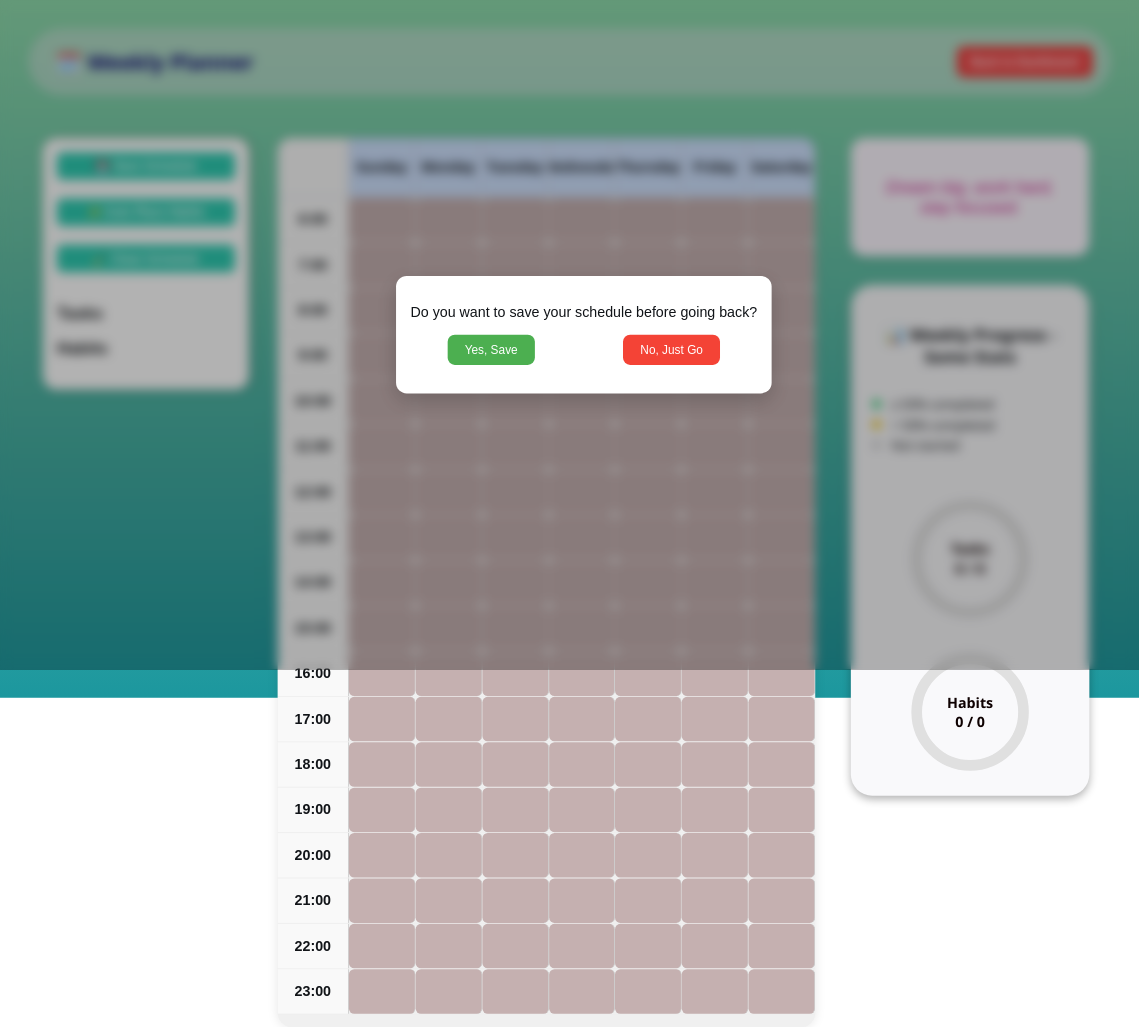
Repository: RachelB9913/smart-task-and-habit-tracker
Page: /schedule, after clicking the first element matching `button.logout-button`
These files come from the project's save history. The page is drawn as it stood at one moment and after the next save; the edit follows.
The browser window is 1280 px wide. The pictures show the whole page, at 89% of full size.
The project was rebuilt for these pictures with package versions that can differ from the ones it lists, and the page was loaded fresh each time. Also part of the build but not shown: src/components/PageWrapper.js, src/components/welcome.js, src/services/api.js, src/components/Login.js, src/components/Register.js, src/components/DashBoard.js.

Above is the page before, as saved 2025-06-29 20:58:37.

### src/App.js
import { BrowserRouter as Router, Routes, Route } from 'react-router-dom';
import Welcome from './components/welcome';
import Login from './components/Login';
import Register from './components/Register';
import Dashboard from './components/DashBoard';
import SchedulePlanner from './components/SchedulePlanner';


function App() {
  return (
    <Router>
      <Routes>
        <Route path="/" element={<Welcome />} />
        <Route path="/login" element={<Login />} />
        <Route path="/register" element={<Register />} />
        <Route path="/dashboard" element={<Dashboard />} />
        <Route path="/schedule" element={<SchedulePlanner />} />
      </Routes>
    </Router>
  );
}

export default App;

### src/App.css
html, body, #root {
  height: 100%;
  margin: 0;
  padding: 0;
  box-sizing: border-box;
}

form input {
  width: 100%;
  padding: 0.75rem;
  margin-bottom: 1rem;
  border: 1px solid #ddd;
  border-radius: 0.5rem;
  font-size: 1rem;
  transition: border-color 0.2s;
}

form input:focus {
  border-color: #6366f1; /* Indigo */
  outline: none;
}

form button,
.form-container button {
  width: 100%;
  padding: 0.75rem;
  font-size: 1rem;
  color: white;
  background-color: #6d6ed0; /* Indigo */
  border: none;
  border-radius: 0.5rem;
  cursor: pointer;
  transition: background-color 0.2s;
}

form button:hover,
.form-container button:hover {
  background-color: #4f46e5; /* Darker Indigo */
}

.form-container {
  max-width: 400px;
  margin: 100px auto;
  padding: 2rem;
  background-color: white;
  border-radius: 1rem;
  box-shadow: 0 8px 20px rgba(0, 0, 0, 0.1);
  text-align: center;
}

h2 {
  margin-bottom: 1.5rem;
  color: #130e77;
  font-size: 2rem;
  font-weight: 500;

}

.welcome-root {
  font-family: 'Manrope', 'Noto Sans', sans-serif;
  background: linear-gradient(to bottom, hsl(143, 51%, 71%), #1c979e);
  color: #111418;
  min-height: 100vh;
  display: flex;
  flex-direction: column;
}

.welcome-header {
  display: flex;
  justify-content: space-between;
  align-items: center;
  padding: 0rem 2rem;
  border-bottom: 1px solid #030f21;
  background-color: rgb(255, 255, 255);
}

.logo-area {
  display: flex;
  align-items: center;
  gap: 0.5rem;
}

.nav-links, .nav-actions {
  display: flex;
  gap: 1rem;
  align-items: center;
}

.nav-links a, .footer a {
  text-decoration: none;
  font-weight: 500;
  color: #111418;
}

.nav-actions button {
  padding: 0.5rem 1rem;
  border-radius: 8px;
  border: none;
  font-weight: bold;
  cursor: pointer;
}

/* top buttons */
.nav-actions button:first-child {
  background: #0c7ff2;
  color: white;
}

.nav-actions button:first-child:hover {
  background: #0361bf; /* new hover color */
  color: #e3e3e3;      /* optional: change text color on hover */
}

.nav-actions button:last-child {
  background: #f0f2f5;
  color: #111418;
}

.nav-actions button:last-child:hover {
  background: #b5b8bd; /* new hover color */
  color: #0c7ff2;      /* optional: change text color on hover */
}

.welcome-hero {
  background: transparent;
  padding: 3rem 2rem;
  text-align: center;
  color: rgb(1, 0, 9);
}

.welcome-hero h1 {
  font-size: 2.5rem;
  font-weight: 800;
}

.hero-actions {
  margin-top: 2rem;
  display: flex;
  justify-content: center;
  gap: 1rem;
}

.hero-actions button {
  padding: 0.75rem 1.5rem;
  font-weight: bold;
  border-radius: 8px;
  border: none;
  cursor: pointer;
}

/* center buttons */
.hero-actions button:first-child {
  background-color: #0c7ff2;
  color: white;
}

.hero-actions button:first-child:hover {
  background-color: #0c7ff2;
  color: white;
  border: #0d1101 1px solid;
}

.hero-actions button:last-child {
  background-color: #f0f2f5;
  color: #111418;
}

.hero-actions button:last-child:hover {
  background-color: #f0f2f5;
  color: #111418;
  border: #0d1101 1px solid;
}

.features {
  padding: 3rem 2rem;
  text-align: center;
}

.feature-cards {
  display: flex;
  gap: 1rem;
  flex-wrap: wrap;
  justify-content: center;
  margin-top: 2rem;
}

.feature-card {
  background: white;
  padding: 1.5rem;
  border-radius: 12px;
  border: 1px solid #052246;
  max-width: 300px;
  text-align: left;
  text-align: center;
  box-shadow: 0 4px 10px rgba(0, 0, 0, 0.5);

}

.footer {
  text-align: center;
  padding: 2rem;
  font-size: 1.1rem;
  color: #0d1101;
}

.register-background {
  background: linear-gradient(to left top, hsl(143, 51%, 71%), #1c979e);
  min-height: 100vh;
  display: flex;
  align-items: center;
  justify-content: center;
}

.login-background {
  background: linear-gradient(to right bottom, hsl(143, 51%, 71%), #1c979e);
  min-height: 100vh;
  display: flex;
  align-items: center;
  justify-content: center;
}

### src/components/Auth.css
.auth-container {
  max-width: 400px;
  margin: 60px auto;
  padding: 2rem;
  background-color: #f8f9fa;
  border-radius: 12px;
  box-shadow: 0 2px 10px rgba(0, 0, 0, 0.1);
}

.auth-form {
  display: flex;
  flex-direction: column;
  gap: 1rem;
}

.auth-form input {
  padding: 0.75rem;
  border-radius: 8px;
  border: 1px solid #ccc;
  font-size: 1rem;
}

.auth-form button {
  padding: 0.75rem;
  background-color: #007bff;
  color: white;
  border: none;
  border-radius: 8px;
  font-size: 1rem;
  cursor: pointer;
}

.auth-form button:hover {
  background-color: #0056b3;
}


.dashboard-header {
  display: flex;
  justify-content: flex-end;
  padding: 20px;
}

.dashboard-header button {
  padding: 10px 16px;
  background-color: #ef4444; /* red */
  color: white;
  border: none;
  border-radius: 8px;
  font-weight: bold;
  cursor: pointer;
}

.dashboard-header button:hover {
  background-color: #ad2626;
}

.button-group {
  display: flex;
  flex-direction: column;
  gap: 10px; /* Adjust the space between buttons */
}

### src/Dashboard.css
/* Dashboard.css */

.dashboard-container {
  font-family: 'Manrope', 'Noto Sans', sans-serif;
  min-height: 100vh;
  padding: 2rem;
  transition: background-color 0.3s ease;
  color: #111418;
}

.dashboard-container.light {
  background: linear-gradient(to bottom, hsl(143, 51%, 71%), #1c979e);
}

.dashboard-header {
  display: flex;
  justify-content: space-between;
  align-items: center;
  padding: 20px;
  background-color: rgba(218, 226, 226, 0.5);
  color: #031d3e;
  border-radius: 3rem;
  margin-bottom: 2rem;
}

.header-left {
  display: flex;
  align-items: center;
  justify-content: flex-start;
  flex: 1; /* allows the left side to take up space */
}

.header-left h2 {
  margin: 0;
  padding-left: 10px;
  font-weight: 700;
  font-size: 1.5rem;
}

.toggle-button,
.bg-toggle {
  padding: 0.6rem 1.2rem;
  font-weight: bold;
  border-radius: 8px;
  border: none;
  cursor: pointer;
  font-size: 1rem;
  background-color: #0c7ff2;
  color: white;
  transition: background-color 0.2s ease;
}

.toggle-button:hover,
.bg-toggle:hover {
  background-color: #035fd0;
}

.add-button {
  width: 30px;
  height: 30px;
  border-radius: 50%;
  font-size: 20px;
  background-color: hsl(211, 69%, 59%);
  color: white;
  border: none;
  cursor: pointer;
  transition: background-color 0.3s ease;
}

.add-button:hover {
  background-color: #0056b3;
}

.toggle-button {
  display: block;
  margin: 1rem auto;
}

.task-section,
.habit-section {
  background-color: white;
  color: #111418;
  max-width: 650px;
  margin: 1rem auto;
  padding: 1rem 1.5rem;
  border-radius: 1rem;
  box-shadow: 0 6px 12px rgba(120, 8, 226, 0.1);
}

.task-section ul,
.habit-section ul {
  list-style-type: none;
  padding: 0;
}

.task-section li,
.habit-section li {
  padding: 0.5rem 0;
  border-bottom: 1px solid #ddd;
}

.task-section li:last-child,
.habit-section li:last-child {
  border-bottom: none;
}

h1 {
  text-align: center;
  font-size: 2rem;
  margin-bottom: 2rem;
  color: #031d3e;
  font-weight: 1000;
}

.logout-button {
  background-color: #e74c3c;
  color: white;
  border: none;
  padding: 8px 12px;
  border-radius: 5px;
  cursor: pointer;
}

.logout-button:hover {
  background-color: #c0392b;
}

.form-popup-overlay {
  position: fixed;
  top: 0;
  left: 0;
  height: 100vh;
  width: 100vw;
  background: rgba(0, 0, 0, 0.3);
  display: flex;
  align-items: center;
  justify-content: center;
  z-index: 999;
}

.form-popup {
  background: white;
  padding: 2rem;
  border-radius: 1rem;
  box-shadow: 0 0 20px rgba(0,0,0,0.2);
  display: flex;
  flex-direction: column;
  gap: 1rem;
  width: 300px;
}

.task-item {
  padding: 0.5rem 0;
  border-bottom: 1px solid #ddd;
}

.task-content {
  display: flex;
  align-items: flex-start;
}

.task-content input[type="checkbox"] {
  margin-top: 0.7rem;
  margin-left: 0.9rem;
  transform: scale(1.2);
  cursor: pointer;
}

.task-details {
  flex: 1;
  padding: 0.5rem 0.75rem; /* ← Add this for internal spacing */
  border-radius: 0.5rem;
}

.task-done {
  opacity: 0.5;
  text-decoration: line-through;
}

.task-item {
  background-color: white;
  margin-bottom: 0.5rem;
  border-radius: 0.5rem;
  box-shadow: 0 1px 3px rgba(0,0,0,0.1);
  transition: transform 0.2s ease;
}

.task-actions {
  display: flex;
  flex-direction: column;
  gap: 0.3rem;
}

.edit-button, .delete-button {
  background: none;
  border: black;
  border-radius: 0.5rem;
  cursor: pointer;
  font-size: 1rem;
  transition: color 0.2s;
}

.edit-button:hover {
  color: #0a58ca;
}

.delete-button:hover {
  color: #dc3545;
}

.task-section li strong,
.habit-section li strong {
  font-weight: 700;
  font-size: 1rem;
  color: #031d3e;
}

.task-section li em,
.habit-section li em {
  font-style: italic;
  color: #555;
}

.task-section li,
.habit-section li {
  font-family: 'Manrope', 'Noto Sans', sans-serif;
  font-size: 0.95rem;
  font-weight: lighter;
}

### src/components/SchedulePlanner.css
.stats-wrapper {
  display: flex;
  flex-direction: column;
  gap: 1.5rem;
  align-items: center;
  padding: 1rem;
}

.quote-panel {
  background-color: #fdf7ff;
  color: mediumvioletred;
  padding: 1.5rem;
  border-radius: 16px;
  text-align: center;
  box-shadow: 0 4px 12px rgba(0, 0, 0, 0.08);
  font-size: 1.2rem;
  font-style: italic;
  display: flex;
  justify-content: center;
  align-items: center;
  min-height: 85px;
  width: 100%;
  max-width: 220px;
}

.quote-panel:hover {
  color: #1f16cd;
}

.stats-wrapper .stats-panel {
  width: 100%;
  max-width: 220px;
}

.planner-container {
  display: flex;
  height: calc(100vh - 120px);
  font-family: 'Manrope', sans-serif;
}

.task-sidebar {
  flex-shrink: 0;
  width: 200px;
  background: white;
  padding: 1rem;
  box-shadow: 2px 0 8px rgba(0,0,0,0.3);
  border-radius: 1rem;
  margin: 1rem;
  height: fit-content;
}

.task-item {
  background: hsl(210, 34%, 76%);
  color: #031d3e;
  margin: 0.5rem 0;
  padding: 0.6rem;
  border-radius: 10px;
  font-weight: 600;
  box-shadow: 0 2px 4px rgba(0,0,0,0.1);
}

:root {
  --cell-height: 55.5px;
}

.calendar-grid {
  display: grid;
  grid-template-rows: repeat(var(--row-count), 1fr);
  height: calc(var(--row-count) * var(--cell-height));
  flex: 1;
  overflow: auto;
  margin: 1rem;
  border-radius: 1rem;
  background: rgb(240, 240, 240);
  box-shadow: 0 0 12px rgba(0, 0, 0, 0.1);
}


.grid-header {
  display: grid;
  grid-template-columns: 80px repeat(7, 1fr); /* hour + 7 days */
  background: #cfe2ff;
  font-weight: bold;
  border-bottom: 1px solid #ccc;
}

.grid-body .row {
  display: grid;
  grid-template-columns: 80px repeat(7, 1fr); /* same as above */
  border-bottom: 1px solid #eee;
}

.cell {
  padding: 0.5rem;
  border-right: 1px solid #ccc;
  overflow: hidden;
}

.hour-cell {
  display: flex;
  align-items: center;
  justify-content: center;
  background: #f9f9f9;
  font-weight: bold;
  border-right: 1px solid #ccc;
}

.time-slot {
  background-color: #c5b0b0;
  border-radius: 6px;
  height: 50px;
  display: flex;
  justify-content: center;
  align-items: center;
  padding: 0;
}

.time-slot:hover {
  background-color: #e7f5ff;
  cursor: pointer;
}

.day-cell {
  display: flex;
  align-items: center;
  justify-content: center;
  text-align: center;
  background: #cfe2ff;
  border-right: 1px solid #ccc;
  height: 50px;
  font-weight: 600;
}

.scheduled-task {
  background-color: #a8dadc;
  border: 1px solid #3dbd19;
  padding: 2px 6px;
  border-radius: 6px;
  font-weight: 500;
  font-size: 0.8rem;
  text-align: center;
  display: flexbox;
  justify-content: space-between;
  align-items: center;
  overflow: hidden;
  text-overflow: ellipsis;
}

.scheduled-task.habit-task {
  background-color: #a8dadc;
  border: 1px solid #7e2fbe;
  padding: 2px 5px;
  border-radius: 6px;
  font-weight: 500;
  font-size: 0.8rem;
  text-align: center;
  display: flexbox;
  justify-content: space-between;
  align-items: center;
  overflow: hidden;
  text-overflow: ellipsis;
}

.done-task {
  background-color: #90ee90 !important; /* light green for done tasks */
  border: 1px solid #3dbd19 !important;
}

.remove-btn {
  background: none;
  border: none;
  color: #d00000;
  font-size: 0.8rem;
  cursor: pointer;
  margin-left: 0rem;
  margin-right: 0.6rem;
}

.grayed-out {
  opacity: 0.5;
  pointer-events: none;
}

.save-button {
  margin-bottom: 1rem;
  padding: 0.5rem 1rem;
  background-color: #2ecbb1;
  color: white;
  border: none;
  border-radius: 6px;
  font-weight: bold;
  cursor: pointer;
  transition: background-color 0.2s ease;
}

.save-button:hover {
  background-color: #137969;
}

.save-button-container {
  display: flex;
  justify-content: center;
  margin-bottom: 1rem;
}

.mark-done-btn {
  background: none;
  border: none;
  color: green;
  font-size: 1rem;
  cursor: pointer;

}

.vertical-buttons {
  display: flex;
  flex-direction: column;
  gap: 5px;
}

.habit-icons {
  display: flex;
  gap: 4px;
}
.duplicate-btn {
  background: none;
  border: none;
  font-size: 1rem;
  cursor: pointer;
}

.modal-overlay {
  position: fixed;
  top: 0;
  left: 0;
  width: 100%;
  height: 100%;
  backdrop-filter: blur(6px);
  background-color: rgba(0, 0, 0, 0.3);
  display: flex;
  align-items: center;
  justify-content: center;
  z-index: 1000;
  padding: 1rem;
}

.modal-content {
  background-color: white;
  padding: 2rem;
  border-radius: 12px;
  box-shadow: 0 8px 24px rgba(0, 0, 0, 0.2);
  text-align: center;
  animation: fadeIn 0.3s ease;
  min-width: 15vw;
  max-width: 70vw;
  min-height: 100px;
  padding: 1rem;
}

@media (max-width: 600px) {
  .modal-content {
    min-width: 90vw;
    padding: 0.5rem;
  }
}

.modal-buttons {
  margin-top: 1rem;
  display: flex;
  justify-content: space-around;
  gap: 1rem;
}

.confirm-btn,
.cancel-btn {
  padding: 0.6rem 1.2rem;
  border-radius: 8px;
  border: none;
  cursor: pointer;
  font-weight: bold;
  transition: background-color 0.2s ease;
}

.confirm-btn {
  background-color: #4CAF50;
  color: white;
  font-weight: lighter;
}

.cancel-btn {
  background-color: #f44336;
  color: white;
  font-weight: lighter;
}

.confirm-btn:hover {
  background-color: #45a049;
}

.cancel-btn:hover {
  background-color: #d32f2f;
}

@keyframes fadeIn {
  from { opacity: 0; transform: scale(0.9); }
  to { opacity: 1; transform: scale(1); }
}

.stat-circle.full-gold {
  background-color: gold;
  border-radius: 50%;
  padding: 0.3rem;
}

@media (max-width: 900px) {
  .planner-container {
    flex-direction: column;
    height: auto;
  }
  .task-sidebar, .calendar-grid {
    max-width: 100%;
    margin: 0.5rem 0;
  }
  .stats-panel {
    width: 100%;
    max-width: 230px;
    min-width: 180px;
    box-sizing: border-box;
  }
}

### src/components/StatisticsPanel.css
.stat-label {
  position: absolute;
  top: 0;
  left: 0;
  width: 100%;
  height: 100%;
  display: flex;
  flex-direction: column;
  align-items: center;
  justify-content: center;
  font-weight: bold;
  font-size: 1rem;
  color: #0e0101;
}

.stats-panel {
  position: sticky;
  top: 1rem;
  align-self: flex-start;
  background: #f9f9fb;
  border-radius: 1.5rem;
  box-shadow: 0 4px 10px rgba(0, 0, 0, 0.3);
  font-family: 'Segoe UI', sans-serif;
  padding: 1.5rem;
  margin: 0.5rem;
  display: flex;
  flex-direction: column;
  gap: 2rem;
  max-width: 230px;
}

.stat-circle {
  position: relative;
  width: 140px;
  height: 140px;
  margin: 0 auto;
}

.stat-circle svg {
  transform: rotate(-90deg);
  width: 100%;
  height: 100%;
}

.stat-bg,
.stat-fill {
  fill: none;
  stroke-width: 12;
  stroke-linecap: round;
}

.stat-bg {
  stroke: #e0e0e0;
}

.stat-fill {
  fill: none;
  stroke-width: 12;
  stroke-linecap: round;
  transition: stroke-dashoffset 0.5s ease;
}

.stat-label {
  position: absolute;
  top: 50%;
  left: 50%;
  transform: translate(-50%, -50%);
  text-align: center;
}

.stat-label strong {
  display: block;
  font-size: 1.1rem;
  color: #333;
}

.progress-ring circle {
  transition: stroke-dashoffset 0.6s ease-out;
}

.stats-circle {
  position: relative;
  cursor: help;
}
.stats-circle:hover::after {
  content: attr(data-tooltip);
  position: absolute;
  top: -1.5rem;
  left: 50%;
  transform: translateX(-50%);
  background: #444;
  color: #fff;
  padding: 0.3em 0.5em;
  border-radius: 4px;
  font-size: 0.8rem;
  white-space: nowrap;
  z-index: 10;
}

.legend {
  display: flex;
  flex-direction: column;
  gap: 4px;
  margin-top: -1rem;
  margin-bottom: 1rem;
  align-items: flex-start;
}

.legend-item {
  display: flex;
  align-items: center;
  gap: 0.4rem;
  font-size: 0.9rem;
}

.dot {
  display: inline-block;
  width: 10px;
  height: 10px;
  margin-right: 5px;
  border-radius: 50%;
}
.green { background: #2ecc71; }
.yellow { background: #f1c40f; }
.gray { background: #ccc; }

.celebration-message {
  margin-top: 0rem;
  font-weight: bold;
  font-size: 1.1rem;
  color: #27ae60;
  text-align: center;
  animation: pop 0.6s ease;
}

@keyframes pop {
  0% { transform: scale(0.8); opacity: 0; }
  50% { transform: scale(1.1); opacity: 1; }
  100% { transform: scale(1); }
}

Loaded but not shown: public/index.html (common file); src/index.js (common file); src/index.css (common file); src/reportWebVitals.js (common file); src/components/SchedulePlanner.js (688 lines, source omitted); src/components/StatisticsPanel.js (169 lines, source omitted)

After the next save:
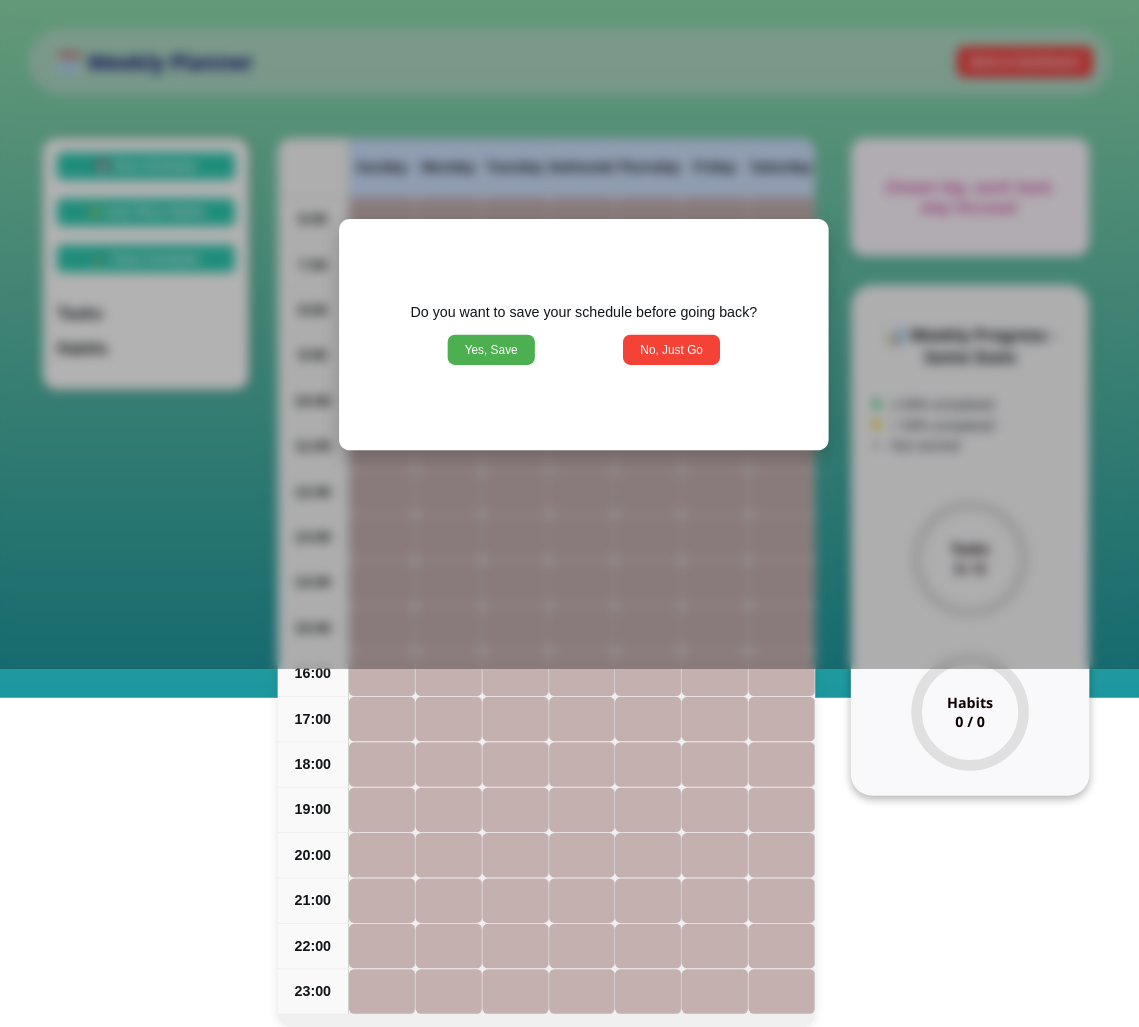
Saved 18 s later.
--- a/src/components/SchedulePlanner.css
+++ b/src/components/SchedulePlanner.css
@@ -254,7 +254,7 @@
   min-width: 15vw;
   max-width: 70vw;
   min-height: 100px;
-  padding: 1rem;
+  padding: 5rem;
 }
 
 @media (max-width: 600px) {
